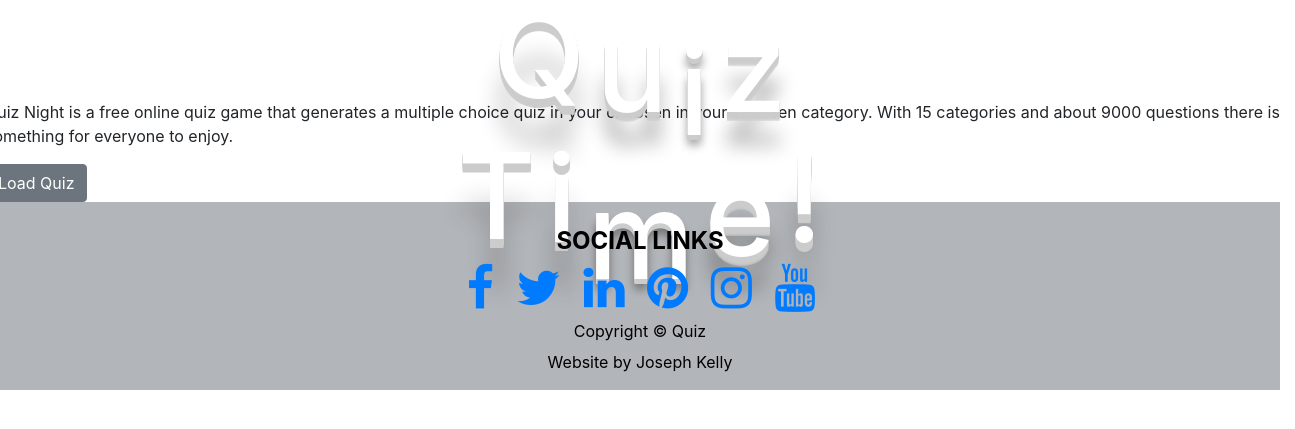
Repository: Code-Institute-Submissions/quiz-1
Page: index.html
The author's editor kept a record of every edit. The page is drawn from the files as they stood at one moment, then again after the next edit.
The browser window is 1280 px wide. The page is 1295 px wide, so the pictures cover 1295 px, including what lies to the right of the window. The pictures show the whole page.

Above is the page before.

### index.html
<!DOCTYPE html>
<html lang="en">

<head>
    <meta charset="UTF-8">
    <meta name="viewport" content="width=device-width, initial-scale=1.0">
    <meta http-equiv="X-UA-Compatible" content="ie=edge">
    <link rel="stylesheet" href="https://stackpath.bootstrapcdn.com/bootstrap/4.4.1/css/bootstrap.min.css" type="text/css" />
    <link rel="stylesheet" href="https://stackpath.bootstrapcdn.com/font-awesome/4.7.0/css/font-awesome.min.css" type="text/css" />
    <link rel="stylesheet" href="assets/css/style.css" type="text/css" />
    <title>Quiz</title>
</head>

<body>
    <div class="home">
        <div class="row">
            <div class="col-sm">
            <h1 class="container">
                <span>Q</span>
                <span>u</span>
                <span>i</span>
                <span>z</span>
                </br>
                <span>T</span>
                <span>i</span>
                <span>m</span>
                <span>e</span>
                <span>!</span>
            </h1>
        </div>
        <div class="info">
             <p>Quiz Night is a free online quiz game that generates a multiple choice quiz in your choosen in your choosen category. With 15 categories and about 9000 questions there is something for everyone to enjoy. </p>
        </div>
        <div>
            <button type="submit" class="btn btn-secondary" href="#">Load Quiz</button>
        </div>
    </div>
    <footer class="container-fluid">
        <div id="footer-details" class="row">
            <div class="col-sm">
                <h4 class="uppercase footer-info">Social Links</h4>
                <ul class="list-inline social-links">
                    <li class="list-inline-item">
                        <a target="_blank" href="#">
                            <i class="fa fa-facebook fa-3x" aria-hidden="true"></i>
                            <span class="sr-only">Facebook</span>
                        </a>
                    </li>
                    <li class="list-inline-item">
                        <a target="_blank" href="#">
                            <i class="fa fa-twitter fa-3x" aria-hidden="true"></i>
                            <span class="sr-only">Twitter</span>
                        </a>
                    </li>
                    <li class="list-inline-item">
                        <a target="_blank" href="#">
                            <i class="fa fa-linkedin fa-3x" aria-hidden="true"></i>
                            <span class="sr-only">LinkedIn</span>
                        </a>
                    </li>
                    <li class="list-inline-item">
                        <a target="_blank" href="#">
                            <i class="fa fa-pinterest fa-3x" aria-hidden="true"></i>
                            <span class="sr-only">pinterest</span>
                        </a>
                    </li>
                    <li class="list-inline-item">
                        <a target="_blank" href="#">
                            <i class="fa fa-instagram fa-3x" aria-hidden="true"></i>
                            <span class="sr-only">Instagram</span>
                        </a>
                    </li>
                    <li class="list-inline-item">
                        <a target="_blank" href="#">
                            <i class="fa fa-youtube fa-3x" aria-hidden="true"></i>
                            <span class="sr-only">Youtube</span>
                        </a>
                    </li>
                    <p class="copyright">Copyright &#169; Quiz</p>
                    <p class="copyright">Website by Joseph Kelly</p>
                </ul>
            </div>
        </div>
    </footer>
</body>

### assets/css/style.css
/*--------------------------- animation --------------- */

/* JUMP */
h1 {
  cursor: default;
  bottom: 80%;
  width: 100%;
  height: 100px;
  margin: auto;
  display: block;
  text-align: center;
}

h1 span {
  position: relative;
  top: 20px;
  display: inline-block;
  -webkit-animation: bounce 0.3s ease infinite alternate;
  font-size: 120px;
  color: #fff;
  text-shadow: 0 1px 0 #ccc, 0 2px 0 #ccc, 0 3px 0 #ccc, 0 4px 0 #ccc,
    0 5px 0 #ccc, 0 6px 0 transparent, 0 7px 0 transparent, 0 8px 0 transparent,
    0 9px 0 transparent, 0 10px 10px rgba(0, 0, 0, 0.4);
}

h1 span:nth-child(2) {
  -webkit-animation-delay: 0.1s;
}

h1 span:nth-child(3) {
  -webkit-animation-delay: 0.2s;
}

h1 span:nth-child(4) {
  -webkit-animation-delay: 0.3s;
}

h1 span:nth-child(5) {
  -webkit-animation-delay: 0.4s;
}

h1 span:nth-child(6) {
  -webkit-animation-delay: 0.5s;
}

h1 span:nth-child(7) {
  -webkit-animation-delay: 0.6s;
}

h1 span:nth-child(8) {
  -webkit-animation-delay: 0.2s;
}

h1 span:nth-child(9) {
  -webkit-animation-delay: 0.3s;
}

h1 span:nth-child(10) {
  -webkit-animation-delay: 0.4s;
}

h1 span:nth-child(11) {
  -webkit-animation-delay: 0.5s;
}

h1 span:nth-child(12) {
  -webkit-animation-delay: 0.6s;
}

h1 span:nth-child(13) {
  -webkit-animation-delay: 0.7s;
}

h1 span:nth-child(14) {
  -webkit-animation-delay: 0.8s;
}

/* ANIMATION */
@-webkit-keyframes bounce {
  100% {
    top: -20px;
    text-shadow: 0 1px 0 #ccc, 0 2px 0 #ccc, 0 3px 0 #ccc, 0 4px 0 #ccc,
      0 5px 0 #ccc, 0 6px 0 #ccc, 0 7px 0 #ccc, 0 8px 0 #ccc, 0 9px 0 #ccc,
      0 50px 25px rgba(0, 0, 0, 0.2);
  }
}

/*--------------------------- home --------------- */


/*--------------------------- footer --------------- */

footer {
    color: #fafafa;
    padding-top: 25px;
    background-color: #B2B5B9;
    display: inline-block;
}

.footer-info {
    font-weight: bold;
    text-align: center;
    color: #000000;
}

.list-inline-item {
    margin-left: 10px;
    margin-right: 10px;
}

.uppercase {
    text-transform: uppercase;
}

.social-links {
    text-align: center;
    color: #000000;
}

.copyright {
    padding-top: 7px;
    margin-bottom: 0;
}

After the next edit:
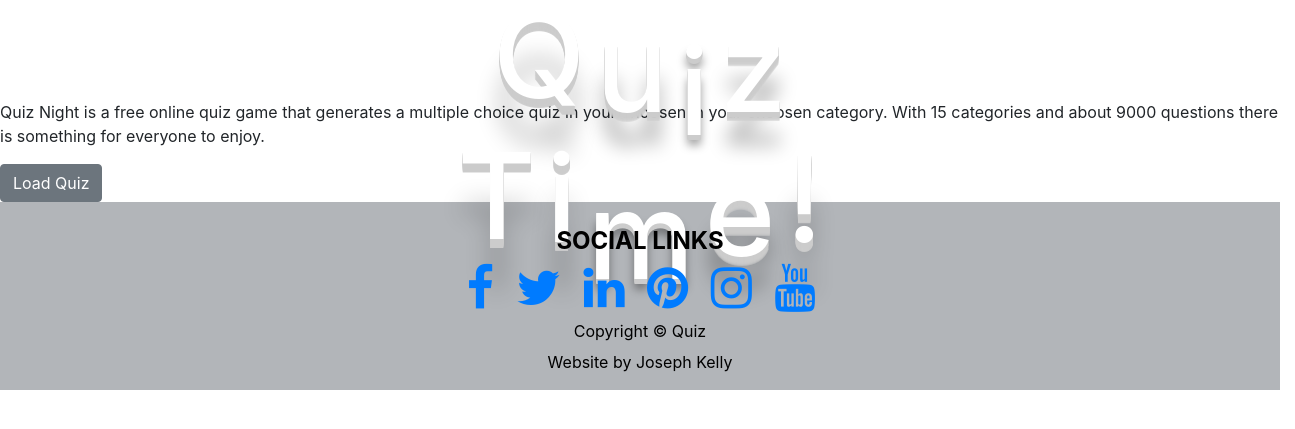
The edit:
--- a/index.html
+++ b/index.html
@@ -15,18 +15,19 @@
     <div class="home">
         <div class="row">
             <div class="col-sm">
-            <h1 class="container">
-                <span>Q</span>
-                <span>u</span>
-                <span>i</span>
-                <span>z</span>
-                </br>
-                <span>T</span>
-                <span>i</span>
-                <span>m</span>
-                <span>e</span>
-                <span>!</span>
-            </h1>
+                <h1 class="container">
+                    <span>Q</span>
+                    <span>u</span>
+                    <span>i</span>
+                    <span>z</span>
+                    </br>
+                    <span>T</span>
+                    <span>i</span>
+                    <span>m</span>
+                    <span>e</span>
+                    <span>!</span>
+                </h1>
+            </div>
         </div>
         <div class="info">
              <p>Quiz Night is a free online quiz game that generates a multiple choice quiz in your choosen in your choosen category. With 15 categories and about 9000 questions there is something for everyone to enjoy. </p>
